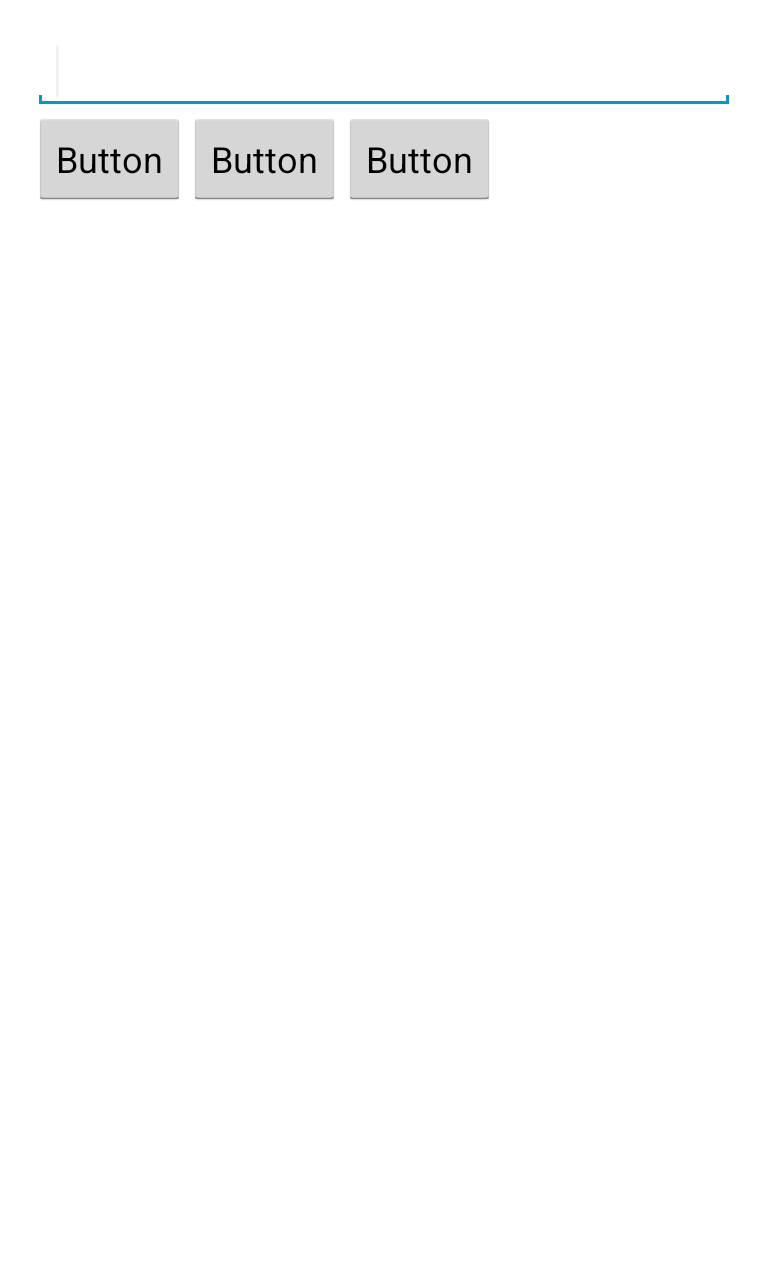
Repository: HGtz2222/LearningAndroid
Layout: test1/Calc/res/layout/activity_main.xml
The author's editor kept a copy of each file at every save. The layout is drawn from the files as they stood at one save, then again after the next save.
It is drawn on a 768 x 1280 px phone screen (xhdpi) without system bars, with theme AppTheme; the app's code is not run.

Above is the layout before, as saved 2014-09-15 02:38:58.

### test1/Calc/res/layout/activity_main.xml
<LinearLayout xmlns:android="http://schemas.android.com/apk/res/android"
    xmlns:tools="http://schemas.android.com/tools"
    android:id="@+id/LinearLayout1"
    android:layout_width="match_parent"
    android:layout_height="match_parent"
    android:orientation="vertical"
    android:paddingBottom="@dimen/activity_vertical_margin"
    android:paddingLeft="@dimen/activity_horizontal_margin"
    android:paddingRight="@dimen/activity_horizontal_margin"
    android:paddingTop="@dimen/activity_vertical_margin"
    tools:context=".MainActivity" >

    <EditText
        android:id="@+id/screen"
        android:layout_width="match_parent"
        android:layout_height="wrap_content"
        android:ems="10" >

        <requestFocus />
    </EditText>

    <RelativeLayout
        android:layout_width="match_parent"
        android:layout_height="match_parent" >

        <Button
            android:id="@+id/button1"
            android:layout_width="wrap_content"
            android:layout_height="wrap_content"
            android:layout_alignParentLeft="true"
            android:layout_alignParentTop="true"
            android:text="Button" />

        <Button
            android:id="@+id/button2"
            android:layout_width="wrap_content"
            android:layout_height="wrap_content"
            android:layout_alignParentTop="true"
            android:layout_toRightOf="@+id/button1"
            android:text="Button" />

        <Button
            android:id="@+id/button3"
            android:layout_width="wrap_content"
            android:layout_height="wrap_content"
            android:layout_alignParentTop="true"
            android:layout_toRightOf="@+id/button2"
            android:text="Button" />

    </RelativeLayout>

</LinearLayout>

Loaded but not shown: test1/Calc/res/values/styles.xml (common file); test1/Calc/res/values-v11/styles.xml (common file); test1/Calc/res/values-v14/styles.xml (common file); test1/Calc/res/values/dimens.xml (common file)

After the next save:
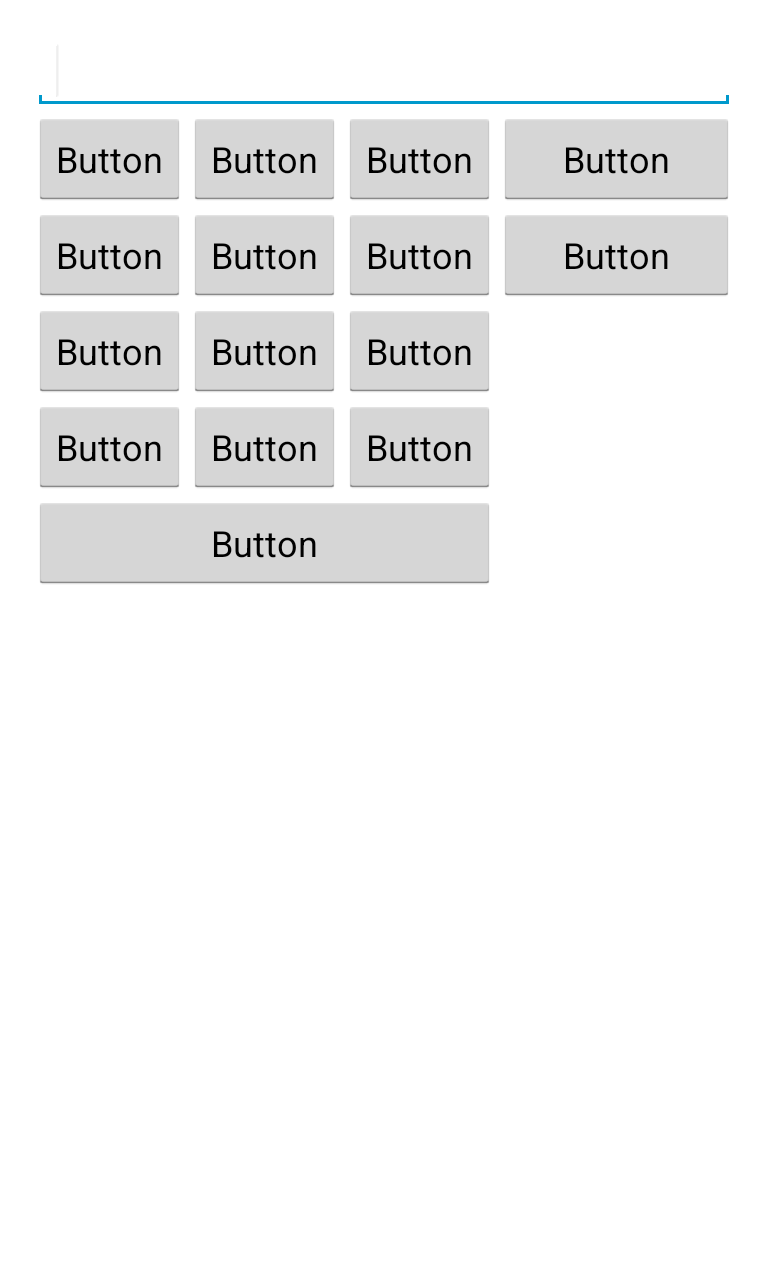
Saved 2 min 1 s later.
--- a/test1/Calc/res/layout/activity_main.xml
+++ b/test1/Calc/res/layout/activity_main.xml
@@ -47,6 +47,112 @@
             android:layout_toRightOf="@+id/button2"
             android:text="Button" />
 
+        <Button
+            android:id="@+id/button4"
+            android:layout_width="wrap_content"
+            android:layout_height="wrap_content"
+            android:layout_alignParentLeft="true"
+            android:layout_below="@+id/button1"
+            android:text="Button" />
+
+        <Button
+            android:id="@+id/button5"
+            android:layout_width="wrap_content"
+            android:layout_height="wrap_content"
+            android:layout_alignBaseline="@+id/button4"
+            android:layout_alignBottom="@+id/button4"
+            android:layout_alignLeft="@+id/button2"
+            android:text="Button" />
+
+        <Button
+            android:id="@+id/button6"
+            android:layout_width="wrap_content"
+            android:layout_height="wrap_content"
+            android:layout_alignBaseline="@+id/button5"
+            android:layout_alignBottom="@+id/button5"
+            android:layout_alignLeft="@+id/button3"
+            android:text="Button" />
+
+        <Button
+            android:id="@+id/button7"
+            android:layout_width="wrap_content"
+            android:layout_height="wrap_content"
+            android:layout_alignParentLeft="true"
+            android:layout_below="@+id/button4"
+            android:text="Button" />
+
+        <Button
+            android:id="@+id/button8"
+            android:layout_width="wrap_content"
+            android:layout_height="wrap_content"
+            android:layout_alignBaseline="@+id/button7"
+            android:layout_alignBottom="@+id/button7"
+            android:layout_alignLeft="@+id/button5"
+            android:text="Button" />
+
+        <Button
+            android:id="@+id/button9"
+            android:layout_width="wrap_content"
+            android:layout_height="wrap_content"
+            android:layout_alignBaseline="@+id/button8"
+            android:layout_alignBottom="@+id/button8"
+            android:layout_alignLeft="@+id/button6"
+            android:text="Button" />
+
+        <Button
+            android:id="@+id/button10"
+            android:layout_width="wrap_content"
+            android:layout_height="wrap_content"
+            android:layout_alignParentLeft="true"
+            android:layout_below="@+id/button7"
+            android:text="Button" />
+
+        <Button
+            android:id="@+id/button11"
+            android:layout_width="wrap_content"
+            android:layout_height="wrap_content"
+            android:layout_alignBaseline="@+id/button10"
+            android:layout_alignBottom="@+id/button10"
+            android:layout_toRightOf="@+id/button10"
+            android:text="Button" />
+
+        <Button
+            android:id="@+id/button12"
+            android:layout_width="wrap_content"
+            android:layout_height="wrap_content"
+            android:layout_alignLeft="@+id/button9"
+            android:layout_below="@+id/button9"
+            android:text="Button" />
+
+        <Button
+            android:id="@+id/button13"
+            android:layout_width="wrap_content"
+            android:layout_height="wrap_content"
+            android:layout_alignParentLeft="true"
+            android:layout_alignRight="@+id/button12"
+            android:layout_below="@+id/button10"
+            android:text="Button" />
+
+        <Button
+            android:id="@+id/button14"
+            android:layout_width="wrap_content"
+            android:layout_height="wrap_content"
+            android:layout_alignBottom="@+id/button3"
+            android:layout_alignParentRight="true"
+            android:layout_alignParentTop="true"
+            android:layout_toRightOf="@+id/button3"
+            android:text="Button" />
+
+        <Button
+            android:id="@+id/Button01"
+            android:layout_width="wrap_content"
+            android:layout_height="wrap_content"
+            android:layout_above="@+id/button9"
+            android:layout_alignLeft="@+id/button14"
+            android:layout_alignParentRight="true"
+            android:layout_alignTop="@+id/button6"
+            android:text="Button" />
+
     </RelativeLayout>
 
 </LinearLayout>
